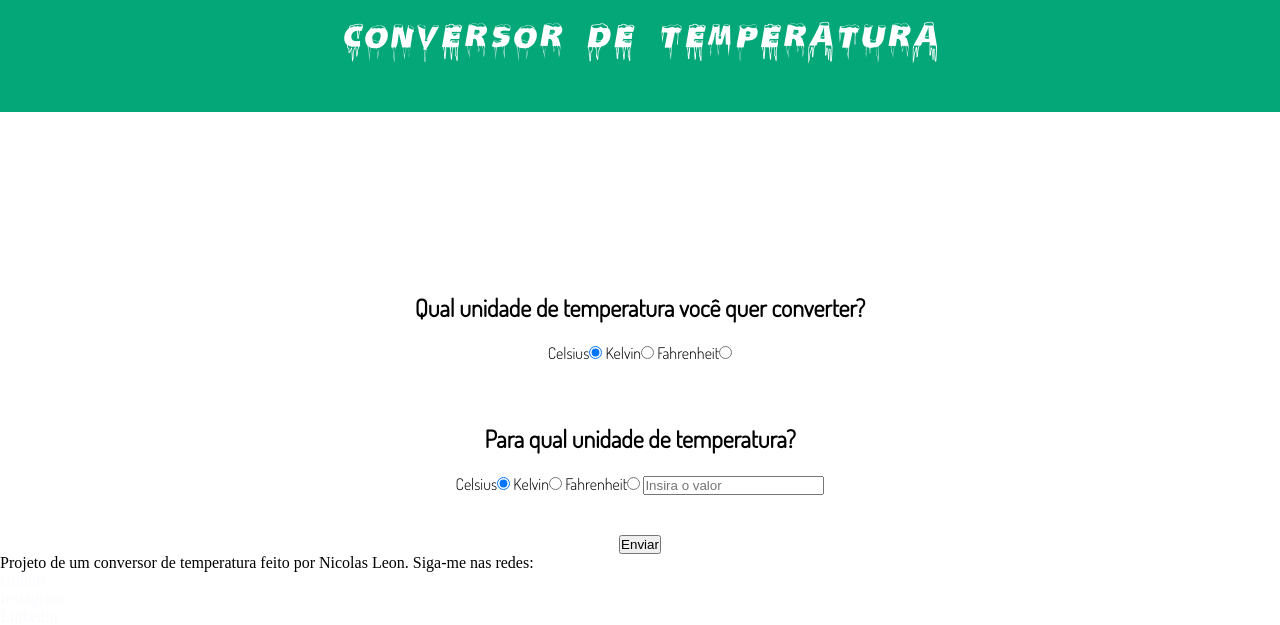
Repository: Leonngc/Conversor-de-temperatura
Page: index.html
An editor plug-in stored every save of this project. The page is shown before and after a run of saves, followed by the edit.
The browser window is 1280 px wide. The pictures show the whole page.
Some icons come from a web library that is not loaded, so they are not drawn.

Above is the page before, as saved 2023-02-10 23:24:17.

After the next 6 saves:
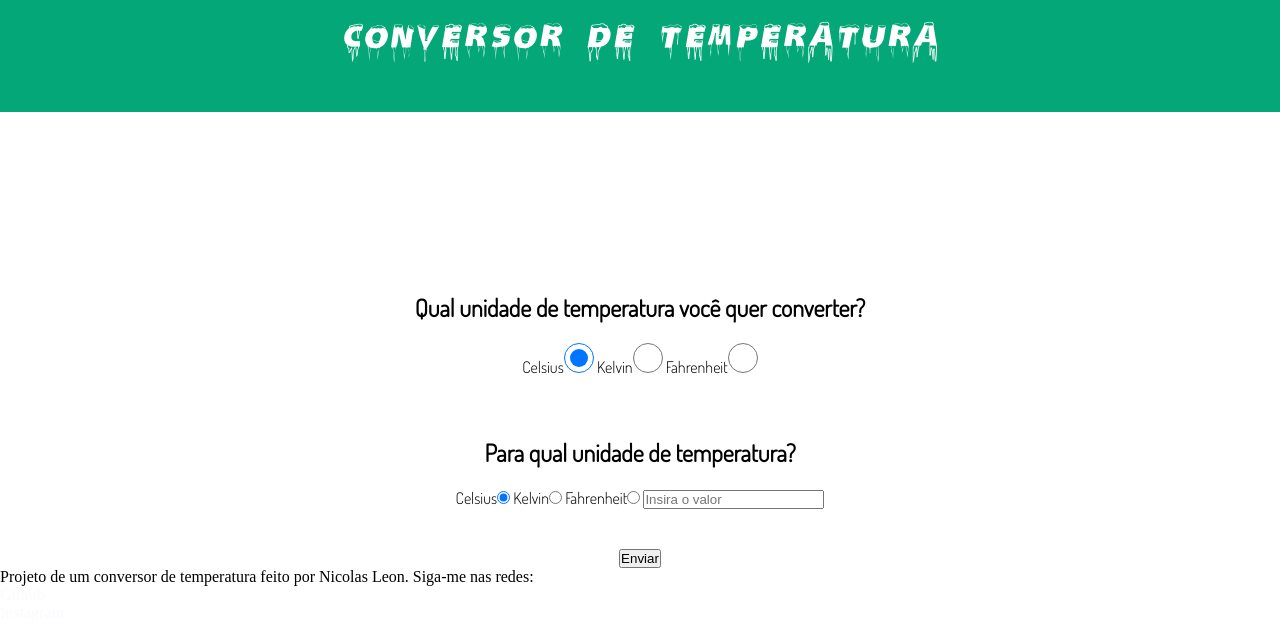
The 6 saves are shown as one change because they came seconds apart.
The last was saved 83 s later.
--- a/style.css
+++ b/style.css
@@ -87,5 +87,6 @@ form > h2{
 }
 
 .unidades{
-
+    height: 30px;
+    width: 30px;
 }
